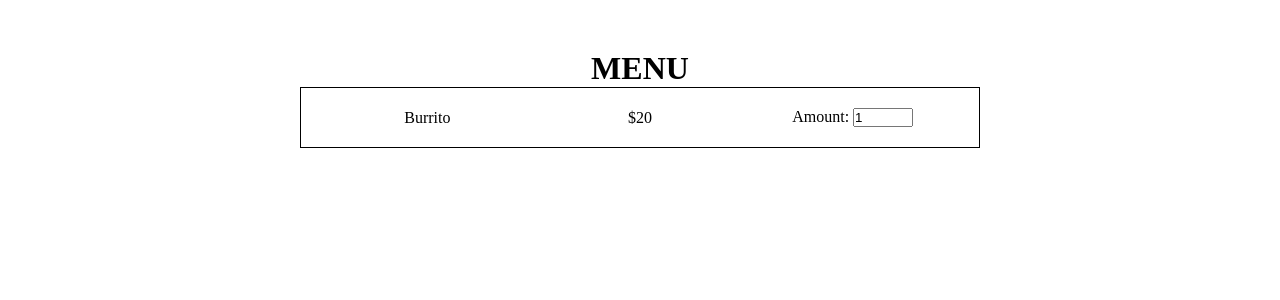
Repository: LamQuocPhu/JungTalent
Page: http://localhost/
These files come from the project's save history. The page is drawn as it stood at one moment and after the next save; the edit follows.
The browser window is 1280 px wide. The pictures show the whole page.
The page is served by the project's Node server (index.js).

Above is the page before, as saved 2023-10-25 23:02:23.

### views/cart.ejs
<!DOCTYPE html>
<html lang="en">
  <head>
    <meta charset="UTF-8" />
    <meta name="viewport" content="width=device-width, initial-scale=1.0" />
    <title>Document</title>
    <link rel="stylesheet" href="/css/style.css" />
  </head>
  <body>
    <div class="wrapper">
      <h1>MENU</h1>
      <div class="cart-item">
        <div class="item-name">
          <span>Burrito</span>
        </div>
        <div class="item-price">
          <span>$20</span>
        </div>
        <div class="item-amount">
          <span>Amount:</span>
          <input type="number" value="1" min="1" max="100" />
        </div>

      </div>
    </div>
  </body>
</html>

### index.js
var express = require('express');
var app = express();
const PORT = process.env.PORT || 3003;
const bodyParser = require("body-parser");
const path = require("path");


app.set("view engine", "ejs");
app.set("views", "./views");
app.use(bodyParser.urlencoded({ extended: true }));
app.use(express.static(path.join(__dirname, 'public')));


app.listen(PORT, () => {
    console.log(`Server start on port ${PORT}`);
})

app.get('/', (req, res) => {
    res.render('cart');
});

### public/css/style.css
* {
  margin: 0;
  padding: 0;
  box-sizing: border-box;
}

.wrapper {
  margin-block: 50px;
  width: 100%;
  height: auto;
  text-align: center;
  padding-inline: 300px;
}

.cart-item {
  border: 1px solid #000;
  display: flex;
  justify-content: center;
  align-items: center;
  width: 100%;
  padding: 20px;
}
.item-name {
  width: 33.33%;
}
.item-price {
  width: 33.33%;
}
.item-amount {
  width: 33.33%;
}

After the next save:
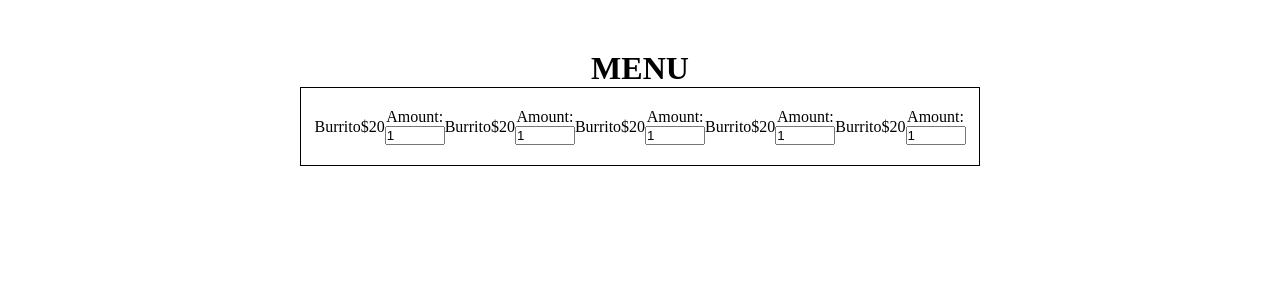
Saved 5 s later.
--- a/views/cart.ejs
+++ b/views/cart.ejs
@@ -21,6 +21,49 @@
           <input type="number" value="1" min="1" max="100" />
         </div>
 
+        <div class="item-name">
+            <span>Burrito</span>
+          </div>
+          <div class="item-price">
+            <span>$20</span>
+          </div>
+          <div class="item-amount">
+            <span>Amount:</span>
+            <input type="number" value="1" min="1" max="100" />
+          </div>
+
+          <div class="item-name">
+            <span>Burrito</span>
+          </div>
+          <div class="item-price">
+            <span>$20</span>
+          </div>
+          <div class="item-amount">
+            <span>Amount:</span>
+            <input type="number" value="1" min="1" max="100" />
+          </div>
+
+          <div class="item-name">
+            <span>Burrito</span>
+          </div>
+          <div class="item-price">
+            <span>$20</span>
+          </div>
+          <div class="item-amount">
+            <span>Amount:</span>
+            <input type="number" value="1" min="1" max="100" />
+          </div>
+
+          <div class="item-name">
+            <span>Burrito</span>
+          </div>
+          <div class="item-price">
+            <span>$20</span>
+          </div>
+          <div class="item-amount">
+            <span>Amount:</span>
+            <input type="number" value="1" min="1" max="100" />
+          </div>
       </div>
     </div>
   </body>
